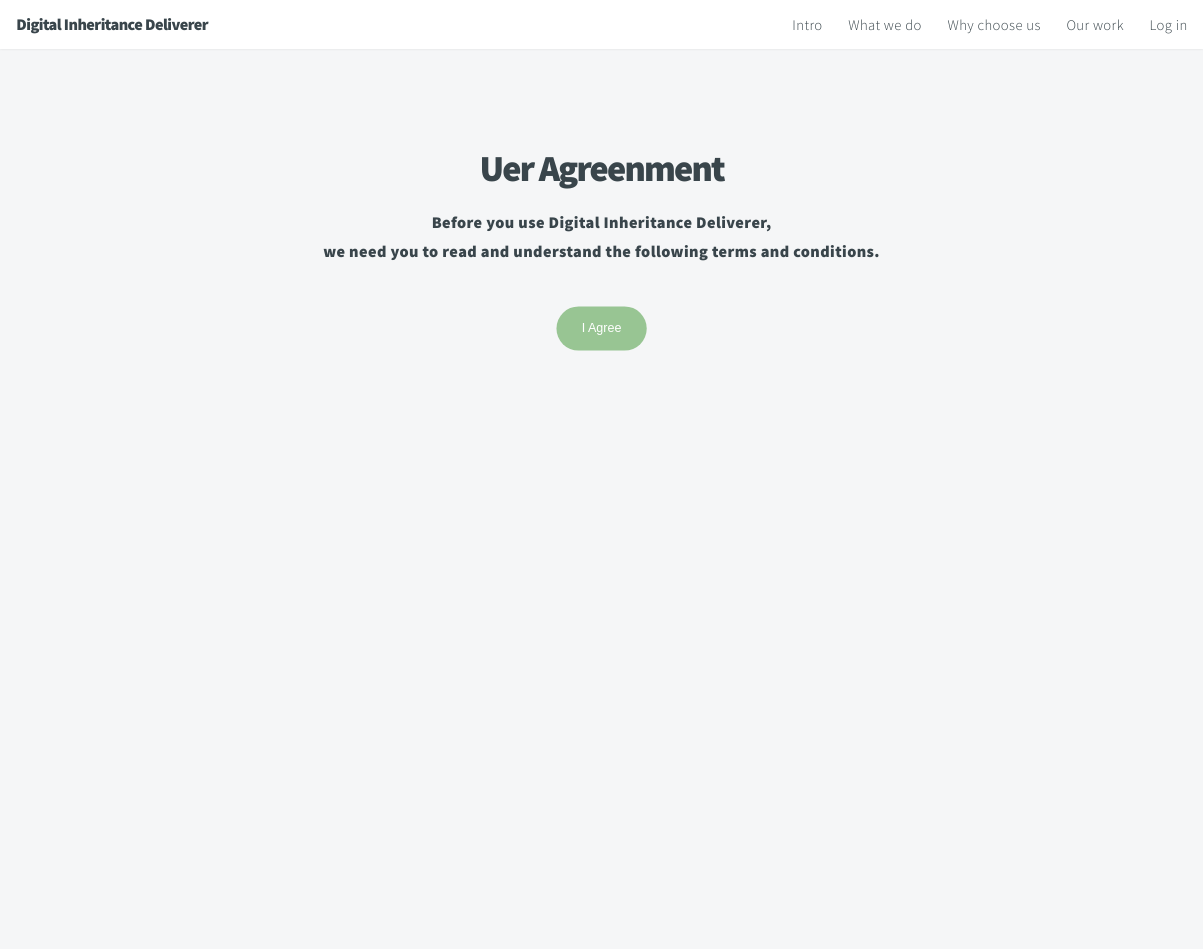
Repository: 1mocat/DID-blockchain-project
Page: Digital_I_D/app/src/UserAgreement.html
The author's editor kept a copy of each file at every save. The page is drawn from the files as they stood at one save, then again after a run of saves.
The browser window is 1280 px wide. The pictures show the whole page, at 94% of full size.

Above is the page before, as saved 2023-09-26 22:03:19.

### Digital_I_D/app/src/UserAgreement.html
<!DOCTYPE HTML>
<html>
	<head>
		<title>Digital Inheritance Deliverer</title>
		<meta charset="utf-8" />
		<meta name="viewport" content="width=device-width, initial-scale=1, user-scalable=no" />
		<link rel="stylesheet" href="assets_index/css/main.css" />
		<noscript><link rel="stylesheet" href="assets_index/css/noscript.css" /></noscript>
	</head>
	<body class="is-preload">

		<!-- Header -->
			<header id="header">
				<h1>Digital Inheritance Deliverer</h1>
				<nav>
					<ul>
						<li><a href="#intro">Intro</a></li>
						<li><a href="#one">What we do</a></li>
						<li><a href="#two">Why choose us</a></li>
						<li><a href="#work">Our work</a></li>
						<li><a href="#contact">Log in</a></li>
					</ul>
				</nav>
			</header>

		<!-- Contact -->
			<section id="contact" class="main style3 secondary">
				<div class="content">
					<header>
						<h2>Uer Agreenment</h2>

						<p><strong>Before you use Digital Inheritance Deliverer,<br> we need you to read and understand the following terms and conditions.</p></strong>
					</header>

					<a href="UserAgreement.html">
                        <button>I Agree</button>
                    </a>
					<br>
					<br>
					<br>
					<br>
					<br>
					<br>
					<br>
					<br>
					<br>
					<br>
					<br>
                    <br>
					<br>
					<br>
					<br>
					<br>
					<br>
					<br>
					<br>
					<br>
					<br>
					<br>
				</div>
			</section>

		<!-- Scripts -->
			<script src="assets_index/js/jquery.min.js"></script>
			<script src="assets_index/js/jquery.poptrox.min.js"></script>
			<script src="assets_index/js/jquery.scrolly.min.js"></script>
			<script src="assets_index/js/jquery.scrollex.min.js"></script>
			<script src="assets_index/js/browser.min.js"></script>
			<script src="assets_index/js/breakpoints.min.js"></script>
			<script src="assets_index/js/util.js"></script>
			<script src="assets_index/js/main.js"></script>

	</body>
</html>

Loaded but not shown: Digital_I_D/app/src/assets_index/js/jquery.min.js (library); Digital_I_D/app/src/assets_index/js/jquery.poptrox.min.js (library); Digital_I_D/app/src/assets_index/js/jquery.scrolly.min.js (common file); Digital_I_D/app/src/assets_index/js/jquery.scrollex.min.js (common file); Digital_I_D/app/src/assets_index/js/browser.min.js (common file); Digital_I_D/app/src/assets_index/js/breakpoints.min.js (common file); Digital_I_D/app/src/assets_index/css/fontawesome-all.min.css (library); Digital_I_D/app/src/assets_index/js/util.js (587 lines, source omitted); Digital_I_D/app/src/assets_index/js/main.js (219 lines, source omitted); Digital_I_D/app/src/assets_index/css/main.css (2312 lines, source omitted)

After the next 2 saves:
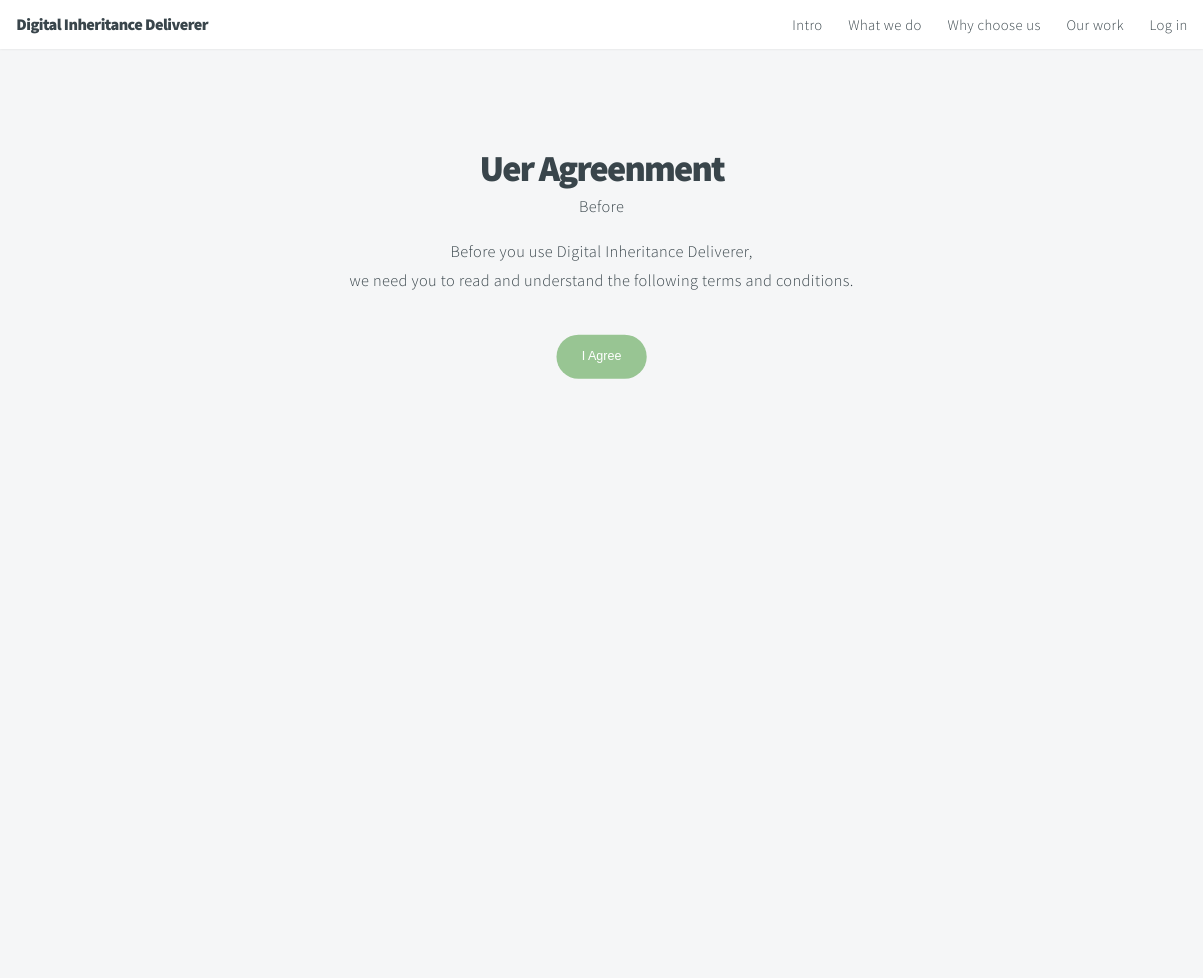
The 2 saves are shown as one change because they came seconds apart.
The last was saved 18 s later.
--- a/Digital_I_D/app/src/UserAgreement.html
+++ b/Digital_I_D/app/src/UserAgreement.html
@@ -28,8 +28,8 @@
 				<div class="content">
 					<header>
 						<h2>Uer Agreenment</h2>
-
-						<p><strong>Before you use Digital Inheritance Deliverer,<br> we need you to read and understand the following terms and conditions.</p></strong>
+                        Before</strong>
+						<p>Before you use Digital Inheritance Deliverer,<br> we need you to read and understand the following terms and conditions.</p>
 					</header>
 
 					<a href="UserAgreement.html">
